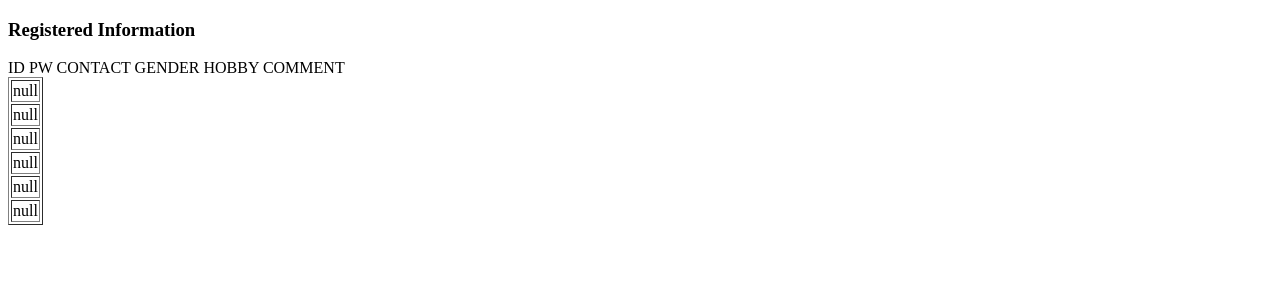
Repository: yeobleeme/06_jsp_basic
Page: http://localhost/jsp01_basic/exercise/jsp_member_process.jsp
These files come from the project's save history. The page is drawn as it stood at one moment and after the next save; the edit follows.
The browser window is 1280 px wide. The pictures show the whole page.
The page is served by Tomcat 9. Nobody is signed in. The application's start-up code is not run.

Above is the page before, as saved 2023-05-10 08:02:12.

After the next save:
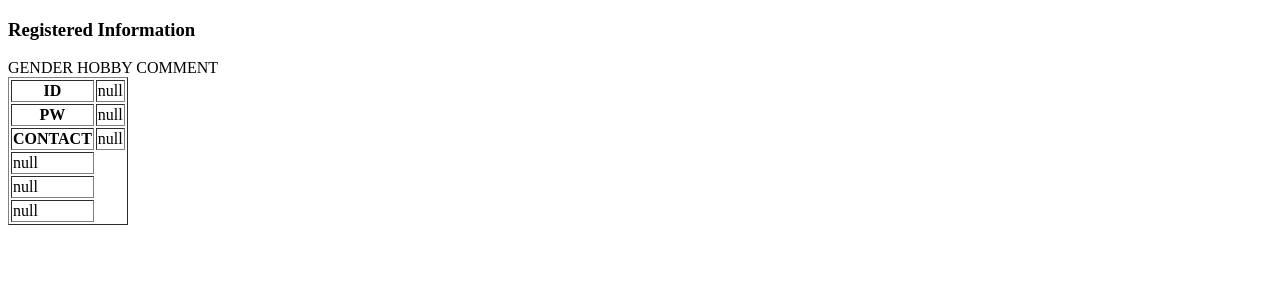
Saved 50 s later.
--- a/jsp01_basic/WebContent/exercise/jsp_member_process.jsp
+++ b/jsp01_basic/WebContent/exercise/jsp_member_process.jsp
@@ -12,13 +12,14 @@
 
 	<h3>Registered Information</h3>
 	<table border="1">
-	<tr>ID
+	<tr>
+	<th>ID</th>
 	<td><%= request.getParameter("id") %></td>
 	</tr>
-	<tr>PW
+	<th>PW</th>
 	<td><%= request.getParameter("pw") %></td>
 	</tr>
-	<tr>CONTACT
+	<th>CONTACT</th>
 	<td><%= request.getParameter("contact") %></td>
 	</tr>
 	<tr>GENDER
